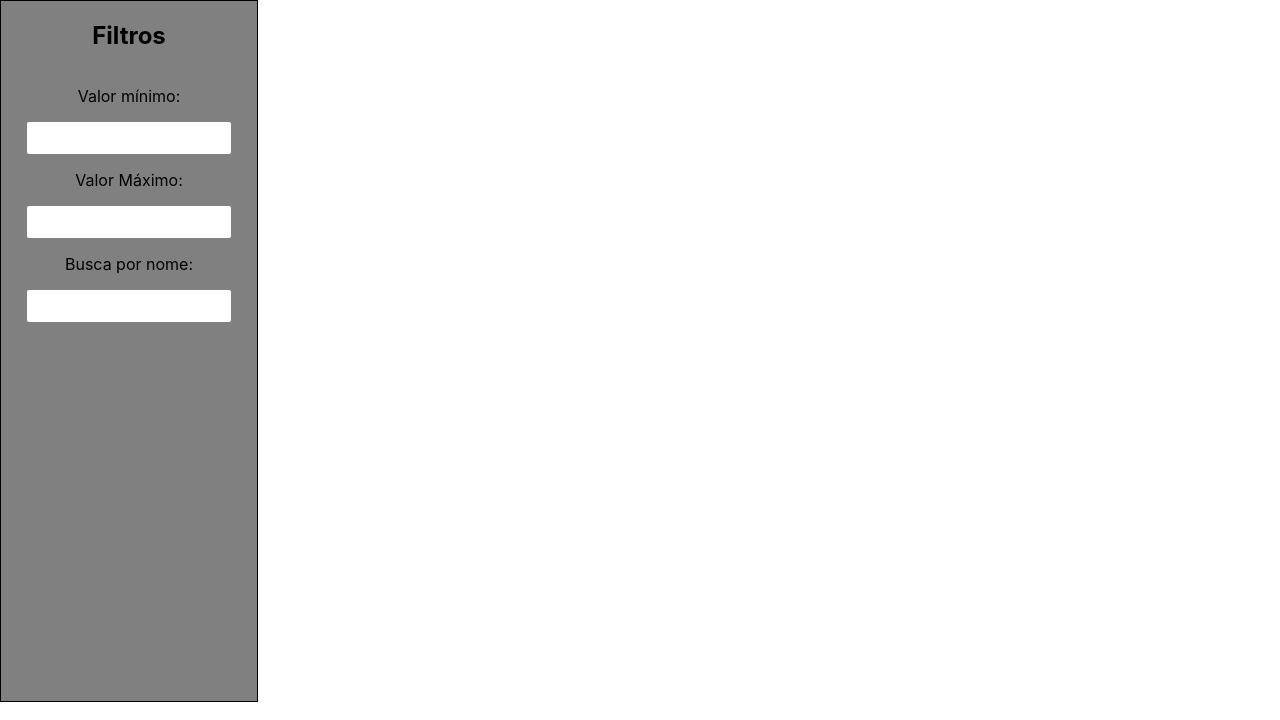
Repository: future4code/Shaw-labe-commerce9
Page: /
An editor plug-in stored every save of this project. The page is shown before and after the next save, followed by the edit.
The browser window is 1280 px wide. The pictures show the whole page.
The project was rebuilt for these pictures with package versions that can differ from the ones it lists, and the page was loaded fresh each time. Also part of the build but not shown: src/App.css.

Above is the page before, as saved 2022-03-30 16:41:18.

After the next save:
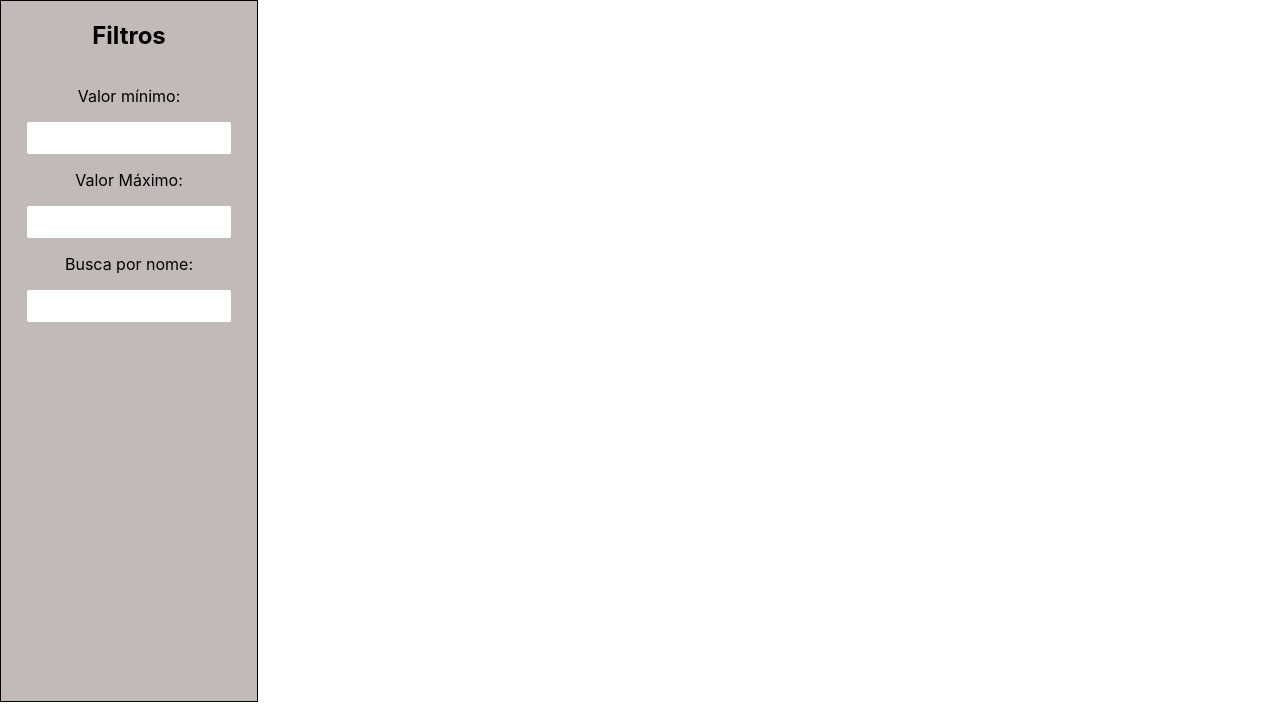
Saved 2 min 27 s later.
--- a/src/components/filtro.jsx
+++ b/src/components/filtro.jsx
@@ -3,7 +3,7 @@ import styled from "styled-components";
 
 
 const ContainerFiltro =styled.div`
-background-color: grey;
+background-color: #c2b9b9;
 display: flex;
 flex-direction: column;
 justify-content: flex-start;
